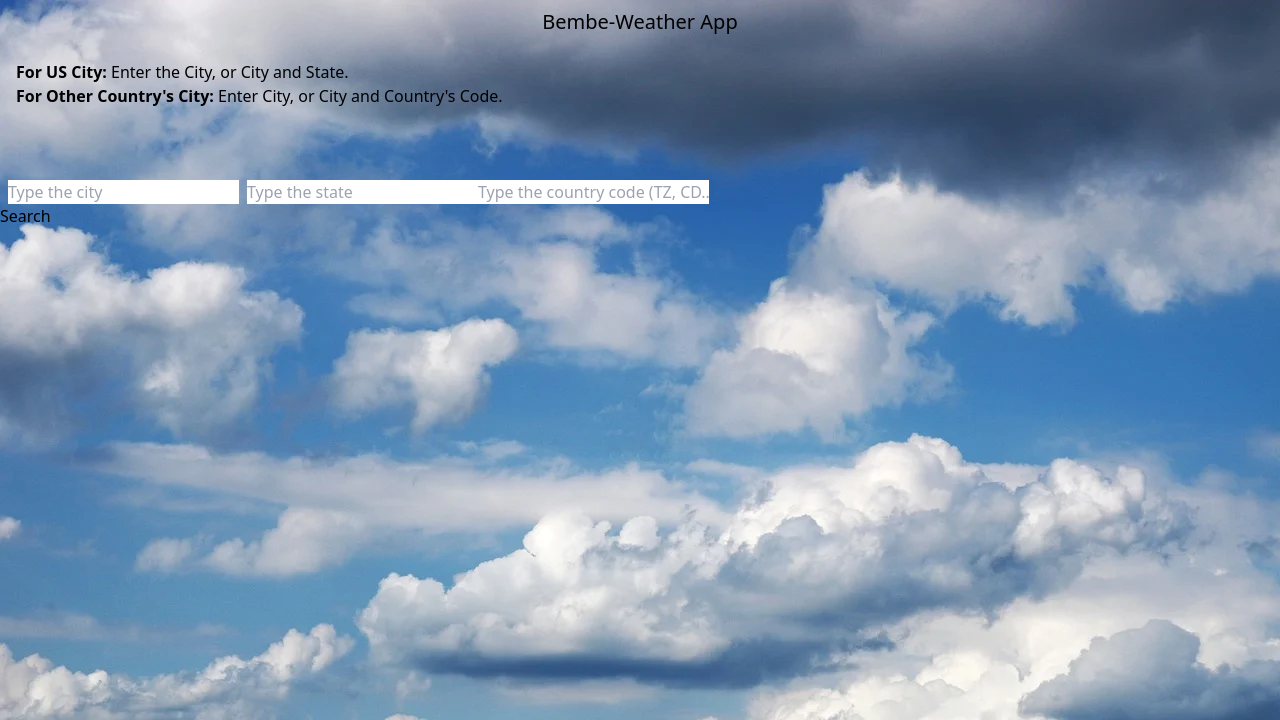
Repository: ShindanoSingi/bembe-weather
Page: /
An editor plug-in stored every save of this project. The page is shown before and after the next save, followed by the edit.
The browser window is 1280 px wide. The pictures show the whole page.
The page's requests for data from a server got no answer. The project was rebuilt for these pictures with package versions that can differ from the ones it lists, and the page was loaded fresh each time. No one was signed in, and anything a server would have sent is missing.

Above is the page before, as saved 2022-09-14 03:06:08.

### public/index.html
<!DOCTYPE html>
<html lang="en">

<head>
  <meta charset="utf-8" />
  <link rel="icon" href="%PUBLIC_URL%/favicon.ico" />
  <meta name="viewport" content="width=device-width, initial-scale=1" />
  <meta name="theme-color" content="#000000" />
  <meta name="description" content="Web site created using create-react-app" />
  <link rel="apple-touch-icon" href="%PUBLIC_URL%/logo192.png" />
  <!--
      manifest.json provides metadata used when your web app is installed on a
      user's mobile device or desktop. See https://developers.google.com/web/fundamentals/web-app-manifest/
    -->
  <link rel="manifest" href="%PUBLIC_URL%/manifest.json" />
  <!--
      Notice the use of %PUBLIC_URL% in the tags above.
      It will be replaced with the URL of the `public` folder during the build.
      Only files inside the `public` folder can be referenced from the HTML.

      Unlike "/favicon.ico" or "favicon.ico", "%PUBLIC_URL%/favicon.ico" will
      work correctly both with client-side routing and a non-root public URL.
      Learn how to configure a non-root public URL by running `npm run build`.
    -->
  <title>React Weather</title>
</head>

<body>
  <noscript>You need to enable JavaScript to run this app.</noscript>
  <div id="root"></div>
  <!--
      This HTML file is a template.
      If you open it directly in the browser, you will see an empty page.

      You can add webfonts, meta tags, or analytics to this file.
      The build step will place the bundled scripts into the <body> tag.

      To begin the development, run `npm start` or `yarn start`.
      To create a production bundle, use `npm run build` or `yarn build`.
    -->
</body>

</html>

### src/components/SearchForm.js
import React from "react";

const SearchForm = ({
  city,
  state,
  country,
  handleSubmit,
  handleChangeCity,
  handleChangeState,
  handleChangeCountry,
}) => {
  return (
    <div >
      <form className="form-container" onSubmit={handleSubmit} d-flex>
        <div>
          <input
          className="mx-2 cityInput"
          placeholder="Type the city"
          type="text"
          name="SearchString"
          onChange={handleChangeCity}
          value={city}
          required
        />

        {/* Country input */}
        <input
          className="countryInput"
          placeholder="Type the state"
          type="text"
          name="SearchString"
          onChange={handleChangeState}
          value={state}
        />

        {/* Country input */}
        <input
          className="countryInput"
          placeholder="Type the country code (TZ, CD...)"
          type="text"
          name="SearchString"
          onChange={handleChangeCountry}
          value={country}
        />
        </div>
        {/* City Input */}


        <button className="submitButton" type="submit">
          Search
        </button>
      </form>
    </div>
  );
};

export default SearchForm;

Loaded but not shown: src/index.js (common file); src/index.css (common file); tailwind.config.js (common file); src/components/weatherPage.js (255 lines, source omitted); src/App.js (116 lines, source omitted); src/App.css (1402 lines, source omitted)

After the next save:
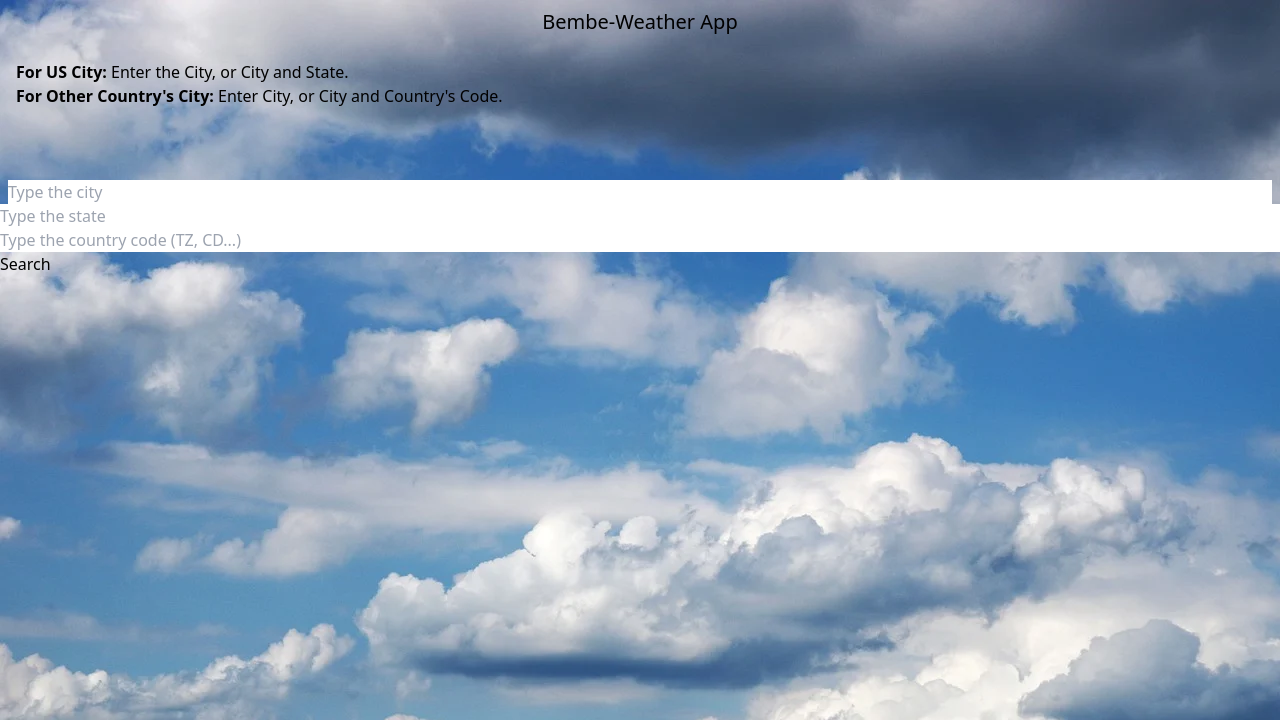
Saved 39 s later.
--- a/src/components/SearchForm.js
+++ b/src/components/SearchForm.js
@@ -12,7 +12,7 @@
   return (
     <div >
       <form className="form-container" onSubmit={handleSubmit} d-flex>
-        <div>
+        <div className="flex flex-col">
           <input
           className="mx-2 cityInput"
           placeholder="Type the city"
